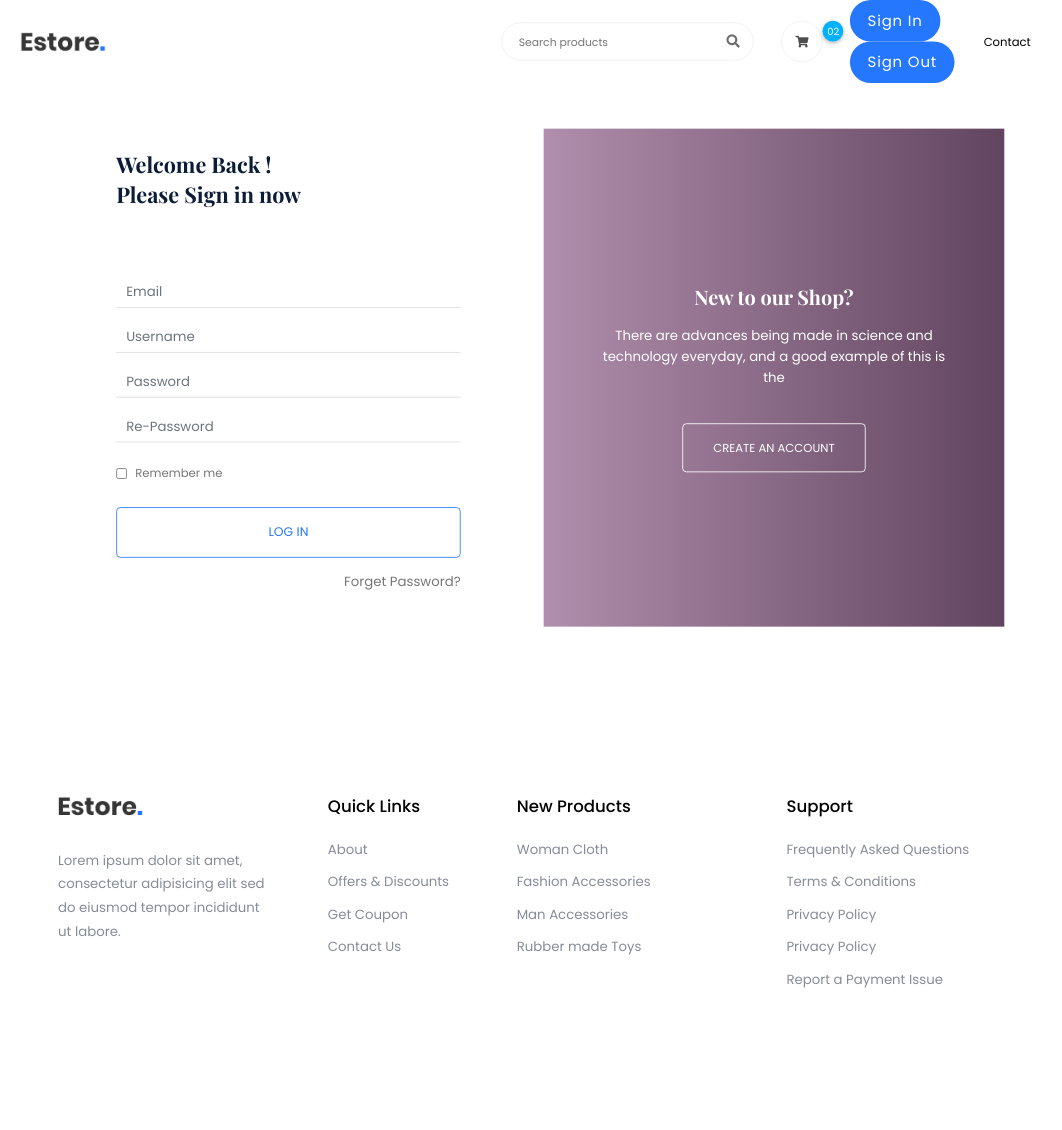
Repository: tuanloc782004/Estore-Bookshop-Website
Page: http://localhost/auth/register
An editor plug-in stored every save of this project. The page is shown before and after the next save, followed by the edit.
The browser window is 1280 px wide. The pictures show the whole page, at 83% of full size.
Some web fonts or font styles are not loaded; a fallback is used. The page is this project's Thymeleaf template; nobody is signed in. Other server files are loaded and not shown. The template is opened directly, without the code that normally fills it, so the values that code supplies are empty.

Above is the page before, as saved 2024-10-26 14:01:12.

### myscp/src/main/resources/templates/auth/register.html
<!doctype html>
<html lang="zxx" xmlns:th="http://www.thymeleaf.org"
	xmlns:sec="https://www.thymeleaf.org/extras/spring-security6">

<head th:replace="user/layout/head::head"></head>

<body>

	<div th:replace="user/layout/preloader-start::preloader-start"></div>

	<header th:replace="user/layout/header::header"></header>

	<!--================login_part Area =================-->
	<section class="login_part">
		<div class="container">
			<div class="row align-items-center">
				<div class="col-lg-6 col-md-6">
					<div class="login_part_form">
						<div class="login_part_form_iner">
							<div th:if="${param.error}">Invalid username and password.
							</div>
							<div th:if="${param.logout}">You have been logged out.</div>
							<h3>
								Welcome Back ! <br> Please Sign in now
							</h3>
							<form class="row contact_form" th:action="@{/login}"
								method="post" novalidate="novalidate">
								<div class="col-md-12 form-group p_star">
									<input type="email" class="form-control" id="email"
										name="email" value="" placeholder="Email">
								</div>
								<div class="col-md-12 form-group p_star">
									<input type="text" class="form-control" id="name"
										name="username" value="" placeholder="Username">
								</div>
								<div class="col-md-12 form-group p_star">
									<input type="password" class="form-control" id="password"
										name="password" value="" placeholder="Password">
								</div>
								<div class="col-md-12 form-group p_star">
									<input type="password" class="form-control" id="rePassword"
										name="rePassword" value="" placeholder="Re-Password">
								</div>
								<div class="col-md-12 form-group">
									<div class="creat_account d-flex align-items-center">
										<input type="checkbox" id="f-option" name="selector">
										<label for="f-option">Remember me</label>
									</div>
									<button type="submit" value="submit" class="btn_3">
										log in</button>
									<a class="lost_pass" href="#">forget password?</a>
								</div>
							</form>
						</div>
					</div>
				</div>
				<div class="col-lg-6 col-md-6">
					<div class="login_part_text text-center">
						<div class="login_part_text_iner">
							<h2>New to our Shop?</h2>
							<p>There are advances being made in science and technology
								everyday, and a good example of this is the</p>
							<a href="#" class="btn_3">Create an Account</a>
						</div>
					</div>
				</div>
			</div>
		</div>
	</section>
	<!--================login_part end =================-->

	<footer th:replace="user/layout/footer::footer"></footer>

	<div th:replace="user/layout/script::script"></div>

</body>

</html>

### myscp/src/main/resources/templates/user/layout/head.html
<head th:fragment="head">
<meta charset="utf-8">
<meta http-equiv="x-ua-compatible" content="ie=edge">
<title>Estore</title>
<meta name="description" content="">
<meta name="viewport" content="width=device-width, initial-scale=1">
<link rel="manifest" href="site.webmanifest">
<link rel="shortcut icon" type="image/x-icon"
	th:href="@{/assets/img/favicon.ico}">

<!-- CSS here -->
<link rel="stylesheet" th:href="@{/assets/css/bootstrap.min.css}">
<link rel="stylesheet" th:href="@{/assets/css/owl.carousel.min.css}">
<link rel="stylesheet" th:href="@{/assets/css/flaticon.css}">
<link rel="stylesheet" th:href="@{/assets/css/slicknav.css}">
<link rel="stylesheet" th:href="@{/assets/css/animate.min.css}">
<link rel="stylesheet" th:href="@{/assets/css/magnific-popup.css}">
<link rel="stylesheet" th:href="@{/assets/css/fontawesome-all.min.css}">
<link rel="stylesheet" th:href="@{/assets/css/themify-icons.css}">
<link rel="stylesheet" th:href="@{/assets/css/slick.css}">
<link rel="stylesheet" th:href="@{/assets/css/nice-select.css}">
<link rel="stylesheet" th:href="@{/assets/css/style.css}">
</head>

### myscp/src/main/resources/templates/user/layout/preloader-start.html
<!-- Preloader Start -->
<div id="preloader-active" th:fragment="preloader-start">
	<div class="preloader d-flex align-items-center justify-content-center">
		<div class="preloader-inner position-relative">
			<div class="preloader-circle"></div>
			<div class="preloader-img pere-text">
				<img th:src="@{/assets/img/logo/logo.png}" alt="">
			</div>
		</div>
	</div>
</div>
<!-- Preloader Start -->

### myscp/src/main/resources/templates/user/layout/header.html
<header th:fragment="header">
	<!-- Header Start -->
	<div class="header-area">
		<div class="main-header ">
			<div class="header-bottom  header-sticky">
				<div class="container-fluid">
					<div class="row align-items-center">
						<!-- Logo -->
						<div class="col-xl-1 col-lg-1 col-md-1 col-sm-3">
							<div class="logo">
								<a th:href="@{/}"><img th:src="@{/assets/img/logo/logo.png}"
									alt=""></a>
							</div>
						</div>
						<div class="col-xl-10 col-lg-10 col-md-10 col-sm-6">
							<ul
								class="header-right f-right d-flex justify-content-between align-items-center">
								<li class="d-none d-xl-block">
									<div class="form-box f-right ">
										<input type="text" name="Search" placeholder="Search products">
										<div class="search-icon">
											<i class="fas fa-search special-tag"></i>
										</div>
									</div>
								</li>
								<li>
									<div class="shopping-card">
										<a href="cart.html"><i class="fas fa-shopping-cart"></i></a>
									</div>
								</li>
								<li class="d-none d-lg-block"><sec:authorize
										access="isAnonymous()">
										<form th:action="@{/login}" method="get">
											<input type="submit" value="Sign In" class="btn header-btn"/>
										</form>
									</sec:authorize> <sec:authorize access="isAuthenticated()">
										<form th:action="@{/logout}" method="post">
											<input type="submit" value="Sign Out" class="btn header-btn"/>
										</form>
									</sec:authorize></li>
							</ul>
						</div>


						<div class="col-xl-1 col-lg-1 col-md-1 col-sm-3">
							<!-- Main-menu -->
							<div class="main-menu f-right d-none d-lg-block">
								<nav>
									<ul id="navigation">
										<li><a href="contact.html">Contact</a></li>
									</ul>
								</nav>
							</div>
						</div>
						<!-- Mobile Menu -->
						<div class="col-12">
							<div class="mobile_menu d-block d-lg-none"></div>
						</div>
					</div>
				</div>
			</div>
		</div>
	</div>
	<!-- Header End -->
</header>

### myscp/src/main/resources/templates/user/layout/footer.html
<footer th:fragment="footer">

	<!-- Footer Start-->
	<div class="footer-area footer-padding">
		<div class="container">
			<div class="row d-flex justify-content-between">
				<div class="col-xl-3 col-lg-3 col-md-5 col-sm-6">
					<div class="single-footer-caption mb-50">
						<div class="single-footer-caption mb-30">
							<!-- logo -->
							<div class="footer-logo">
								<a href="index.html"><img
									th:src="@{/assets/img/logo/logo2_footer.png}" alt=""></a>
							</div>
							<div class="footer-tittle">
								<div class="footer-pera">
									<p>Lorem ipsum dolor sit amet, consectetur adipisicing elit
										sed do eiusmod tempor incididunt ut labore.</p>
								</div>
							</div>
						</div>
					</div>
				</div>
				<div class="col-xl-2 col-lg-3 col-md-3 col-sm-5">
					<div class="single-footer-caption mb-50">
						<div class="footer-tittle">
							<h4>Quick Links</h4>
							<ul>
								<li><a href="#">About</a></li>
								<li><a href="#"> Offers & Discounts</a></li>
								<li><a href="#"> Get Coupon</a></li>
								<li><a href="#"> Contact Us</a></li>
							</ul>
						</div>
					</div>
				</div>
				<div class="col-xl-3 col-lg-3 col-md-4 col-sm-7">
					<div class="single-footer-caption mb-50">
						<div class="footer-tittle">
							<h4>New Products</h4>
							<ul>
								<li><a href="#">Woman Cloth</a></li>
								<li><a href="#">Fashion Accessories</a></li>
								<li><a href="#"> Man Accessories</a></li>
								<li><a href="#"> Rubber made Toys</a></li>
							</ul>
						</div>
					</div>
				</div>
				<div class="col-xl-3 col-lg-3 col-md-5 col-sm-7">
					<div class="single-footer-caption mb-50">
						<div class="footer-tittle">
							<h4>Support</h4>
							<ul>
								<li><a href="#">Frequently Asked Questions</a></li>
								<li><a href="#">Terms & Conditions</a></li>
								<li><a href="#">Privacy Policy</a></li>
								<li><a href="#">Privacy Policy</a></li>
								<li><a href="#">Report a Payment Issue</a></li>
							</ul>
						</div>
					</div>
				</div>
			</div>
		</div>
	</div>
	<!-- Footer End-->

</footer>

### myscp/src/main/resources/templates/user/layout/script.html
<div th:fragment="script">
	<!-- JS here -->

	<!-- All JS Custom Plugins Link Here here -->
	<script th:src="@{/assets/js/vendor/modernizr-3.5.0.min.js}"></script>
	<!-- Jquery, Popper, Bootstrap -->
	<script th:src="@{/assets/js/vendor/jquery-1.12.4.min.js}"></script>
	<script th:src="@{/assets/js/popper.min.js}"></script>
	<script th:src="@{/assets/js/bootstrap.min.js}"></script>
	<!-- Jquery Mobile Menu -->
	<script th:src="@{/assets/js/jquery.slicknav.min.js}"></script>

	<!-- Jquery Slick , Owl-Carousel Plugins -->
	<script th:src="@{/assets/js/owl.carousel.min.js}"></script>
	<script th:src="@{/assets/js/slick.min.js}"></script>

	<!-- One Page, Animated-HeadLin -->
	<script th:src="@{/assets/js/wow.min.js}"></script>
	<script th:src="@{/assets/js/animated.headline.js}"></script>
	<script th:src="@{/assets/js/jquery.magnific-popup.js}"></script>

	<!-- Scrollup, nice-select, sticky -->
	<script th:src="@{/assets/js/jquery.scrollUp.min.js}"></script>
	<script th:src="@{/assets/js/jquery.nice-select.min.js}"></script>
	<script th:src="@{/assets/js/jquery.sticky.js}"></script>
	<script src="./assets/js/jquery.magnific-popup.js"></script>

	<!-- contact js -->
	<script th:src="@{/assets/js/contact.js}"></script>
	<script th:src="@{/assets/js/jquery.form.js}"></script>
	<script th:src="@{/assets/js/jquery.validate.min.js}"></script>
	<script th:src="@{/assets/js/mail-script.js}"></script>
	<script th:src="@{/assets/js/jquery.ajaxchimp.min.js}"></script>

	<!-- Jquery Plugins, main Jquery -->
	<script th:src="@{/assets/js/plugins.js}"></script>
	<script th:src="@{/assets/js/main.js}"></script>
</div>

### myscp/src/main/resources/static/assets/js/contact.js
$(document).ready(function(){

    (function($) {
        "use strict";


    jQuery.validator.addMethod('answercheck', function (value, element) {
        return this.optional(element) || /^\bcat\b$/.test(value)
    }, "type the correct answer -_-");

    // validate contactForm form
    $(function() {
        $('#contactForm').validate({
            rules: {
                name: {
                    required: true,
                    minlength: 2
                },
                subject: {
                    required: true,
                    minlength: 4
                },
                number: {
                    required: true,
                    minlength: 5
                },
                email: {
                    required: true,
                    email: true
                },
                message: {
                    required: true,
                    minlength: 20
                }
            },
            messages: {
                name: {
                    required: "come on, you have a name, don't you?",
                    minlength: "your name must consist of at least 2 characters"
                },
                subject: {
                    required: "come on, you have a subject, don't you?",
                    minlength: "your subject must consist of at least 4 characters"
                },
                number: {
                    required: "come on, you have a number, don't you?",
                    minlength: "your Number must consist of at least 5 characters"
                },
                email: {
                    required: "no email, no message"
                },
                message: {
                    required: "um...yea, you have to write something to send this form.",
                    minlength: "thats all? really?"
                }
            },
            submitHandler: function(form) {
                $(form).ajaxSubmit({
                    type:"POST",
                    data: $(form).serialize(),
                    url:"contact_process.php",
                    success: function() {
                        $('#contactForm :input').attr('disabled', 'disabled');
                        $('#contactForm').fadeTo( "slow", 1, function() {
                            $(this).find(':input').attr('disabled', 'disabled');
                            $(this).find('label').css('cursor','default');
                            $('#success').fadeIn()
                            $('.modal').modal('hide');
		                	$('#success').modal('show');
                        })
                    },
                    error: function() {
                        $('#contactForm').fadeTo( "slow", 1, function() {
                            $('#error').fadeIn()
                            $('.modal').modal('hide');
		                	$('#error').modal('show');
                        })
                    }
                })
            }
        })
    })

 })(jQuery)
})

### myscp/src/main/resources/static/assets/js/mail-script.js
    // -------   Mail Send ajax

     $(document).ready(function() {
        var form = $('#myForm'); // contact form
        var submit = $('.submit-btn'); // submit button
        var alert = $('.alert-msg'); // alert div for show alert message

        // form submit event
        form.on('submit', function(e) {
            e.preventDefault(); // prevent default form submit

            $.ajax({
                url: 'mail.php', // form action url
                type: 'POST', // form submit method get/post
                dataType: 'html', // request type html/json/xml
                data: form.serialize(), // serialize form data
                beforeSend: function() {
                    alert.fadeOut();
                    submit.html('Sending....'); // change submit button text
                },
                success: function(data) {
                    alert.html(data).fadeIn(); // fade in response data
                    form.trigger('reset'); // reset form
                    submit.attr("style", "display: none !important");; // reset submit button text
                },
                error: function(e) {
                    console.log(e)
                }
            });
        });
    });

### myscp/src/main/resources/static/assets/js/plugins.js
// Avoid `console` errors in browsers that lack a console.
(function() {
    var method;
    var noop = function () {};
    var methods = [
        'assert', 'clear', 'count', 'debug', 'dir', 'dirxml', 'error',
        'exception', 'group', 'groupCollapsed', 'groupEnd', 'info', 'log',
        'markTimeline', 'profile', 'profileEnd', 'table', 'time', 'timeEnd',
        'timeline', 'timelineEnd', 'timeStamp', 'trace', 'warn'
    ];
    var length = methods.length;
    var console = (window.console = window.console || {});

    while (length--) {
        method = methods[length];

        // Only stub undefined methods.
        if (!console[method]) {
            console[method] = noop;
        }
    }
}());

// Place any jQuery/helper plugins in here.

Loaded but not shown: myscp/src/main/resources/static/assets/css/bootstrap.min.css (library); myscp/src/main/resources/static/assets/css/owl.carousel.min.css (common file); myscp/src/main/resources/static/assets/css/flaticon.css (common file); myscp/src/main/resources/static/assets/css/slicknav.css (common file); myscp/src/main/resources/static/assets/css/animate.min.css (library); myscp/src/main/resources/static/assets/css/magnific-popup.css (library); myscp/src/main/resources/static/assets/css/fontawesome-all.min.css (library); myscp/src/main/resources/static/assets/css/themify-icons.css (common file); myscp/src/main/resources/static/assets/css/slick.css (common file); myscp/src/main/resources/static/assets/css/nice-select.css (common file); myscp/src/main/resources/static/assets/css/style.css (library); myscp/src/main/resources/static/assets/js/popper.min.js (library); myscp/src/main/resources/static/assets/js/bootstrap.min.js (library); myscp/src/main/resources/static/assets/js/jquery.slicknav.min.js (library); myscp/src/main/resources/static/assets/js/owl.carousel.min.js (library); myscp/src/main/resources/static/assets/js/slick.min.js (library); myscp/src/main/resources/static/assets/js/wow.min.js (library); myscp/src/main/resources/static/assets/js/animated.headline.js (common file); myscp/src/main/resources/static/assets/js/jquery.magnific-popup.js (library); myscp/src/main/resources/static/assets/js/jquery.scrollUp.min.js (common file); myscp/src/main/resources/static/assets/js/jquery.nice-select.min.js (common file); myscp/src/main/resources/static/assets/js/jquery.sticky.js (library); myscp/src/main/resources/static/assets/js/jquery.form.js (library); myscp/src/main/resources/static/assets/js/jquery.validate.min.js (library); myscp/src/main/resources/static/assets/js/jquery.ajaxchimp.min.js (library); myscp/src/main/resources/static/assets/js/main.js (520 lines, source omitted)

After the next save:
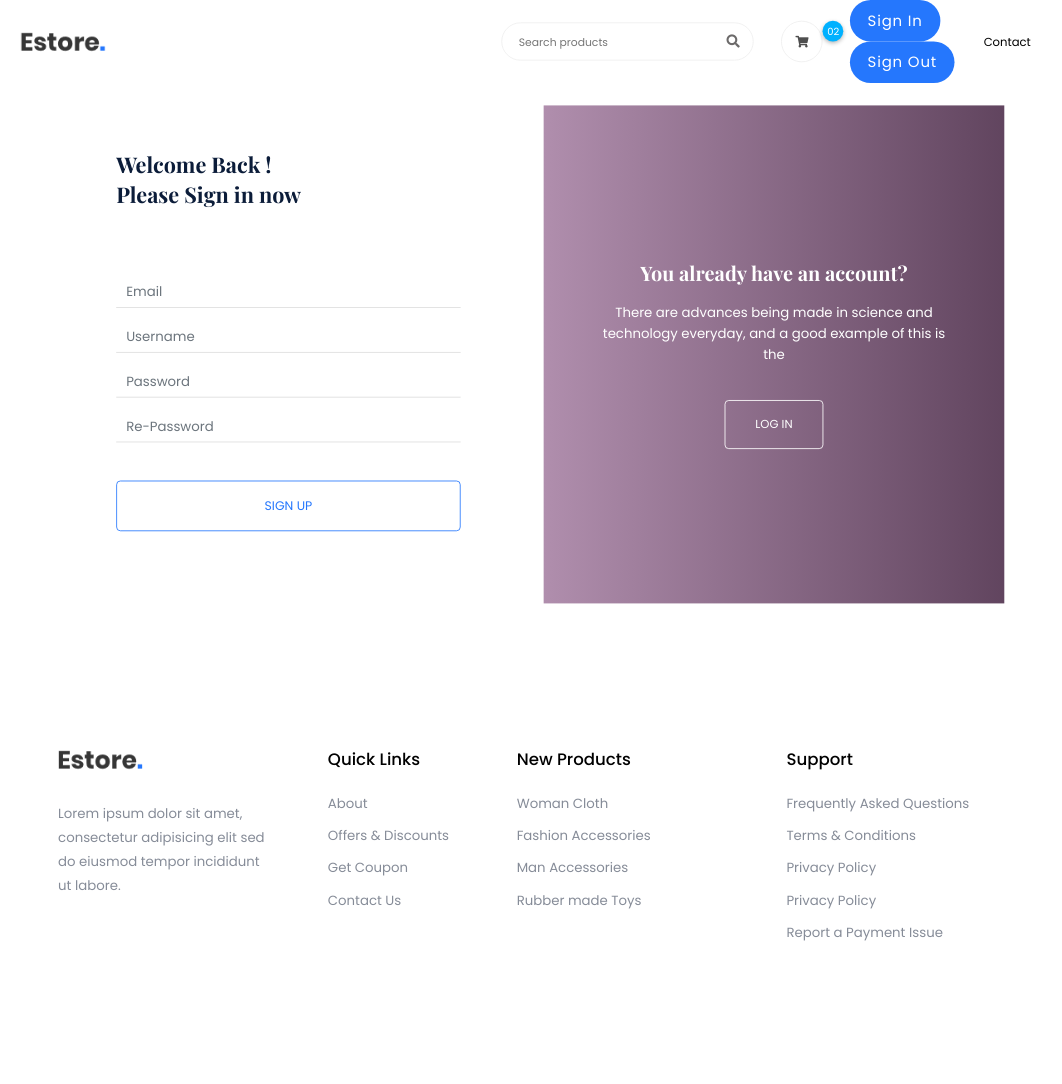
Saved 85 s later.
--- a/myscp/src/main/resources/templates/auth/register.html
+++ b/myscp/src/main/resources/templates/auth/register.html
@@ -42,13 +42,8 @@
 										name="rePassword" value="" placeholder="Re-Password">
 								</div>
 								<div class="col-md-12 form-group">
-									<div class="creat_account d-flex align-items-center">
-										<input type="checkbox" id="f-option" name="selector">
-										<label for="f-option">Remember me</label>
-									</div>
 									<button type="submit" value="submit" class="btn_3">
-										log in</button>
-									<a class="lost_pass" href="#">forget password?</a>
+										Sign up</button>
 								</div>
 							</form>
 						</div>
@@ -57,10 +52,10 @@
 				<div class="col-lg-6 col-md-6">
 					<div class="login_part_text text-center">
 						<div class="login_part_text_iner">
-							<h2>New to our Shop?</h2>
+							<h2>You already have an account?</h2>
 							<p>There are advances being made in science and technology
 								everyday, and a good example of this is the</p>
-							<a href="#" class="btn_3">Create an Account</a>
+							<a th:href="@{/login}" class="btn_3">Log in</a>
 						</div>
 					</div>
 				</div>
